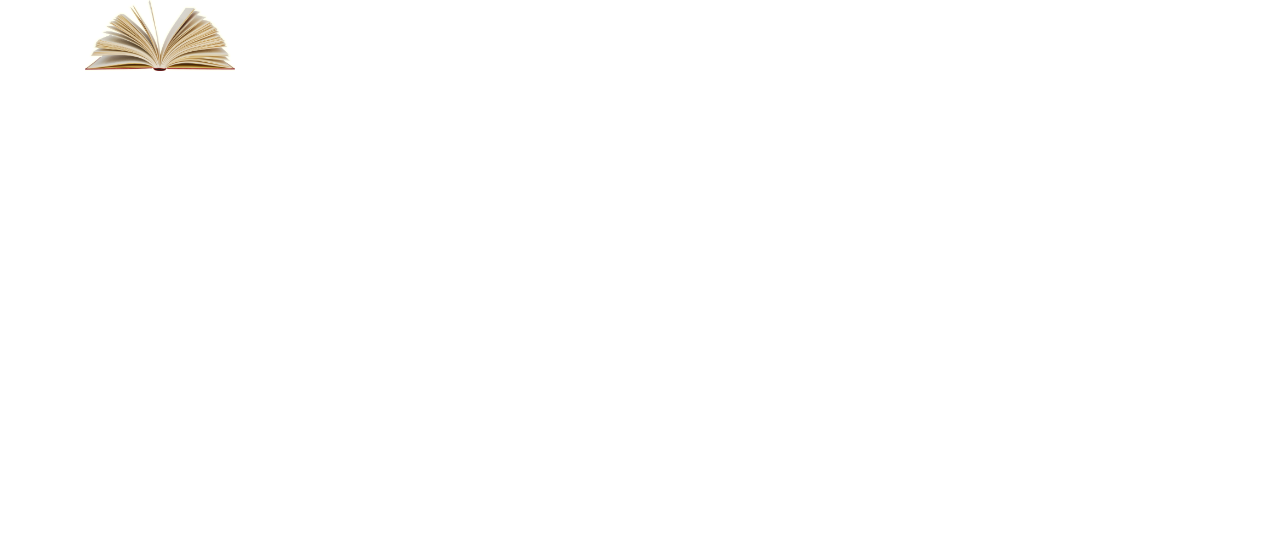
Repository: imedakrouti/BookStore
Page: index.html
An editor plug-in stored every save of this project. The page is shown before and after the next save, followed by the edit.
The browser window is 1280 px wide. The pictures show the whole page.
Some web libraries are served in a nearby version.

Above is the page before, as saved 2020-05-05 15:25:24.

### index.html
<!DOCTYPE html>
<html lang="en">
<head>
    <meta charset="UTF-8">
    <!-- meta view-port responsive design -->
    <meta name="viewport" content="width=device-width, initial-scale=1.0">
    <!-- Favicon -->
    <link rel="shortcut icon" href="images/img/title-img.png" type="image/x-icon">
    <!-- Fontawsome -->
    <link rel="stylesheet" href="https://use.fontawesome.com/releases/v5.0.10/css/all.css" integrity="sha384-+d0P83n9kaQMCwj8F4RJB66tzIwOKmrdb46+porD/OvrJ+37WqIM7UoBtwHO6Nlg" crossorigin="anonymous">
    <!-- Css Bootstrap -->
    <link rel="stylesheet" href="pluguin/bootstrap/css/bootstrap.min.css">
    <!-- Css style -->
    <link rel="stylesheet" href="styles/styles.css">
    <title>Books Site</title>
</head>
<body>
    <!-- Header -->
    <header>
        <div class="container">
        <div>
            <a href=""><img src="images/img/book.png"width="150px" class="img-fluid" alt=""></a>
        </div>
      </div>
    </header>
    <!-- End Of Header -->
<!-- Jquery -->
<script src="pluguin/jquery-3.3.1.min.js"></script>
<!-- Popper js -->
<script src="pluguin/popper.js"></script>
<!-- Bootstrap js  -->
<script src="pluguin/bootstrap/js/bootstrap.min.js"></script>
<!-- Own js file -->
<script src="js/script.js"></script>
</body>
</html>

### styles/styles.css
@import url('https://fonts.googleapis.com/css?family=Great+Vibes&display=swap');

*{
    margin: 0;
    padding: 0;
    box-sizing:border-box;
}
body{
    font-family: 'Great Vibes', cursive;
}
a:hover{
    text-decoration: none;
}

Loaded but not shown: pluguin/bootstrap/css/bootstrap.min.css (library); pluguin/jquery-3.3.1.min.js (library); pluguin/popper.js (library); pluguin/bootstrap/js/bootstrap.min.js (library); js/script.js (no stored copy; drawn as an empty file)

After the next save:
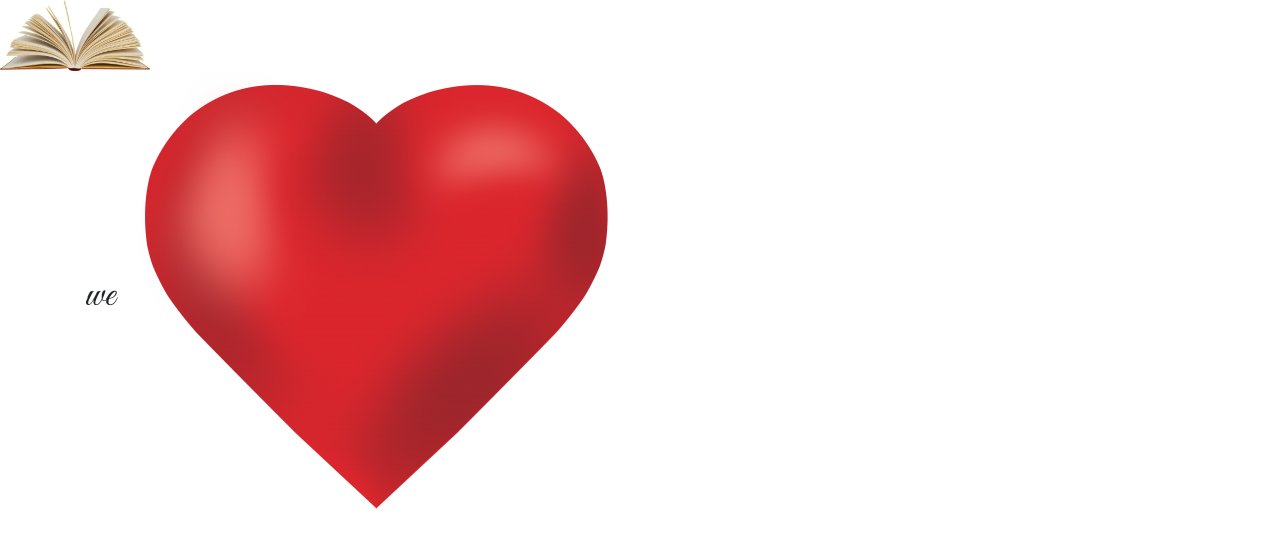
Saved 76 s later.
--- a/index.html
+++ b/index.html
@@ -17,11 +17,16 @@
 <body>
     <!-- Header -->
     <header>
-        <div class="container">
         <div>
             <a href=""><img src="images/img/book.png"width="150px" class="img-fluid" alt=""></a>
         </div>
-      </div>
+        <div class="container">
+            <div class="row">
+                <div class="col">
+                    <h1>we <img src="images/img/heart.png" alt=""></h1>
+                </div>
+            </div>
+        </div>
     </header>
     <!-- End Of Header -->
 <!-- Jquery -->
